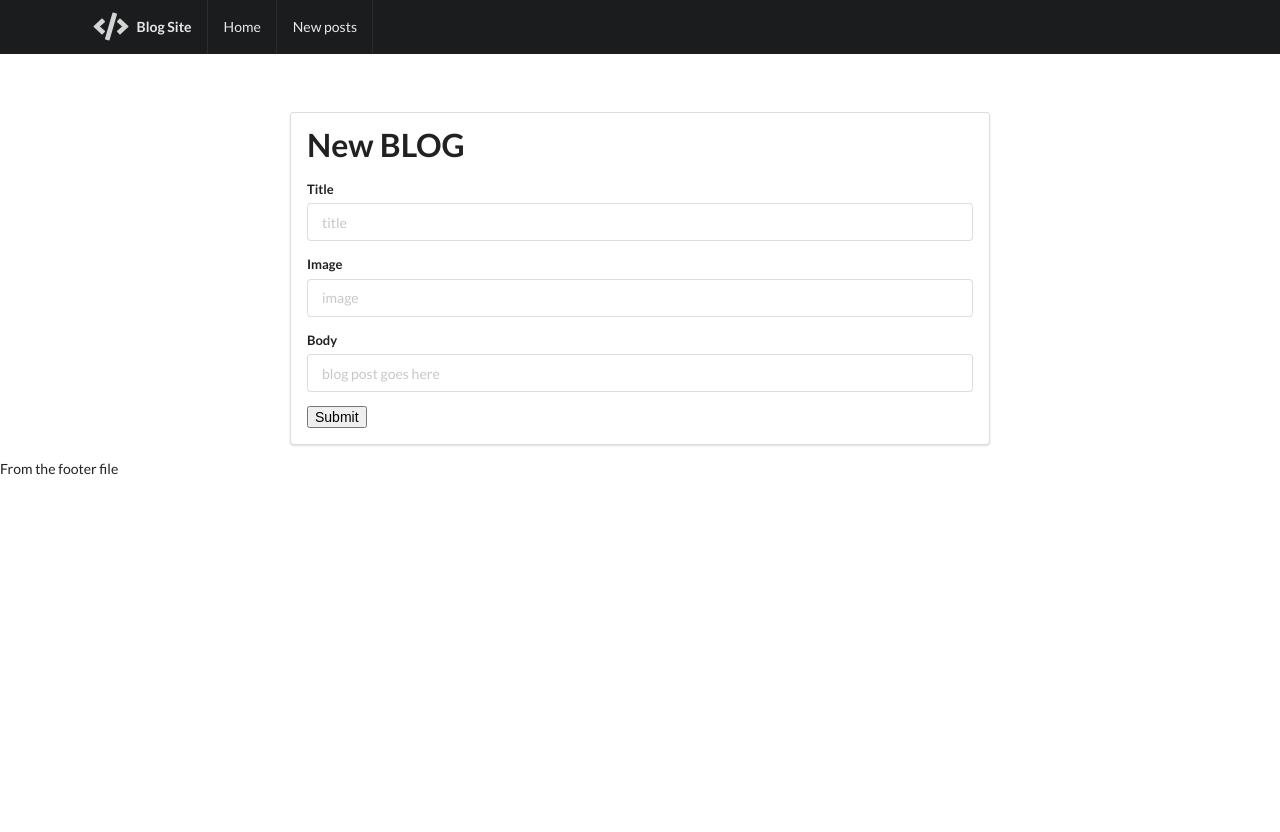
Repository: karanagg262/The-Web-Development-Bootcamp
Page: http://localhost/blogs/new
The author's editor kept a record of every edit. The page is drawn from the files as they stood at one moment, then again after the next edit.
The browser window is 1280 px wide. The pictures show the whole page.
The page is served by the project's Node server (restful_routing/Restful_blog/app.js).

Above is the page before.

After the next edit:
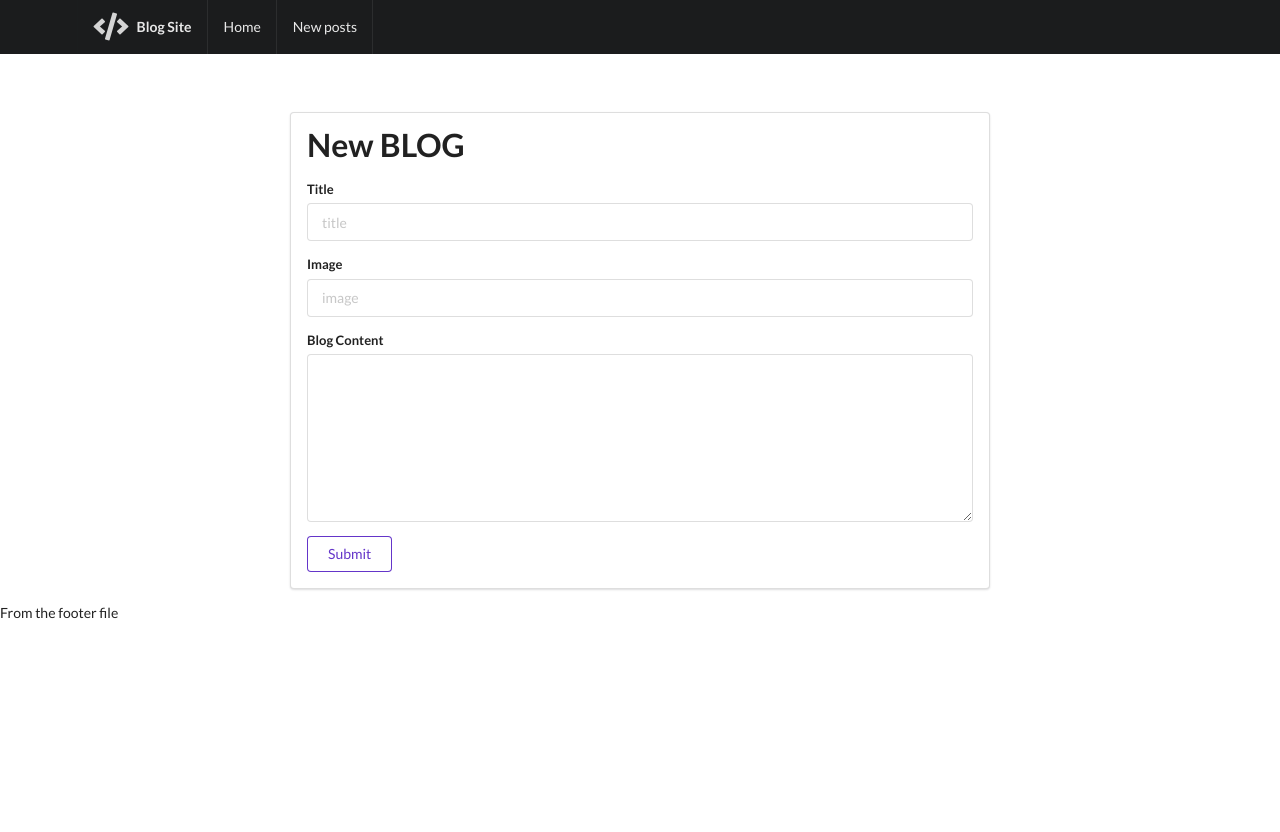
The edit:
--- a/Backend and full scale projects/restful_routing/Restful_blog/views/new.ejs
+++ b/Backend and full scale projects/restful_routing/Restful_blog/views/new.ejs
@@ -13,10 +13,10 @@
             <input type="text" name="blog[image]" placeholder="image">
         </div>
         <div class="field">
-            <label>Body</label>
-            <input type="text" name="blog[body]" placeholder="blog post goes here">
+            <label>Blog Content</label>
+            <textarea name="blog[body]"></textarea>
         </div>
-        <input type="submit">
+        <input class="ui violet basic button" type="submit">
     </form>
 </div>
 <%- include("partials/footer") %>
